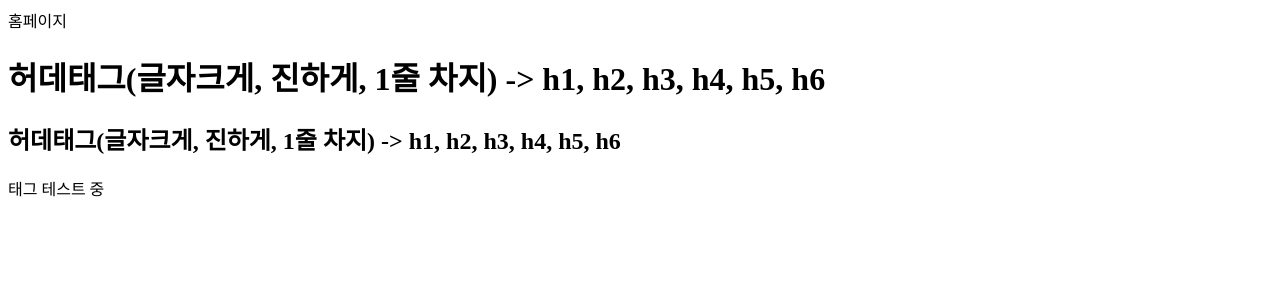
Repository: Seho0218/Webservice
Page: 03_HTML/worksapceWeb/WebApp/src/main/webapp/index.html
An editor plug-in stored every save of this project. The page is shown before and after the next save, followed by the edit.
The browser window is 1280 px wide. The pictures show the whole page.

Above is the page before, as saved 2022-07-05 05:45:45.

### 03_HTML/worksapceWeb/WebApp/src/main/webapp/index.html
<!DOCTYPE html>
<html>
<head>
<meta charset="UTF-8">
<title>제목</title>
</head>
<body>
	홈페이지
	<h1> 허데태그(글자크게, 진하게, 1줄 차지)
		->	h1, h2, h3, h4, h5, h6</h1>
		<h2> 허데태그(글자크게, 진하게, 1줄 차지)
		->	h1, h2, h3, h4, h5, h6</h2>
	태그
	테스트
	중
</body>
</html>

After the next save:
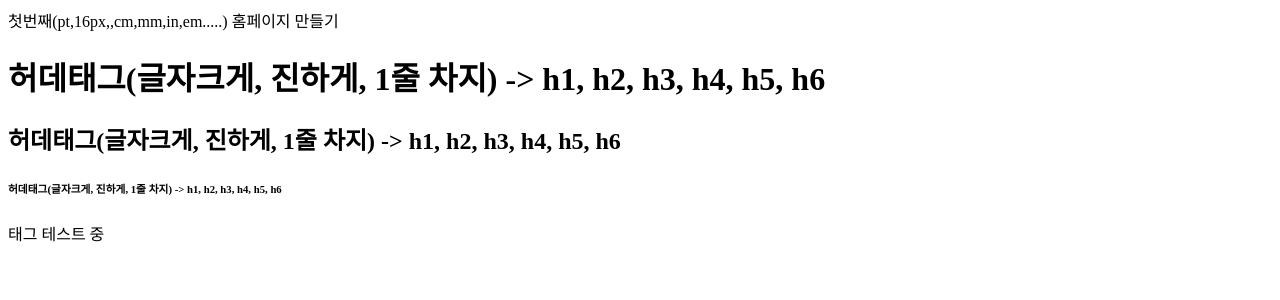
Saved 5 min 19 s later.
--- a/03_HTML/worksapceWeb/WebApp/src/main/webapp/index.html
+++ b/03_HTML/worksapceWeb/WebApp/src/main/webapp/index.html
@@ -5,11 +5,15 @@
 <title>제목</title>
 </head>
 <body>
+	첫번째(pt,16px,,cm,mm,in,em.....)
 	홈페이지
-	<h1> 허데태그(글자크게, 진하게, 1줄 차지)
+	만들기
+	<h1 title="heading"> 허데태그(글자크게, 진하게, 1줄 차지)
 		->	h1, h2, h3, h4, h5, h6</h1>
 		<h2> 허데태그(글자크게, 진하게, 1줄 차지)
 		->	h1, h2, h3, h4, h5, h6</h2>
+		<h6> 허데태그(글자크게, 진하게, 1줄 차지)
+		->	h1, h2, h3, h4, h5, h6</h6>
 	태그
 	테스트
 	중
